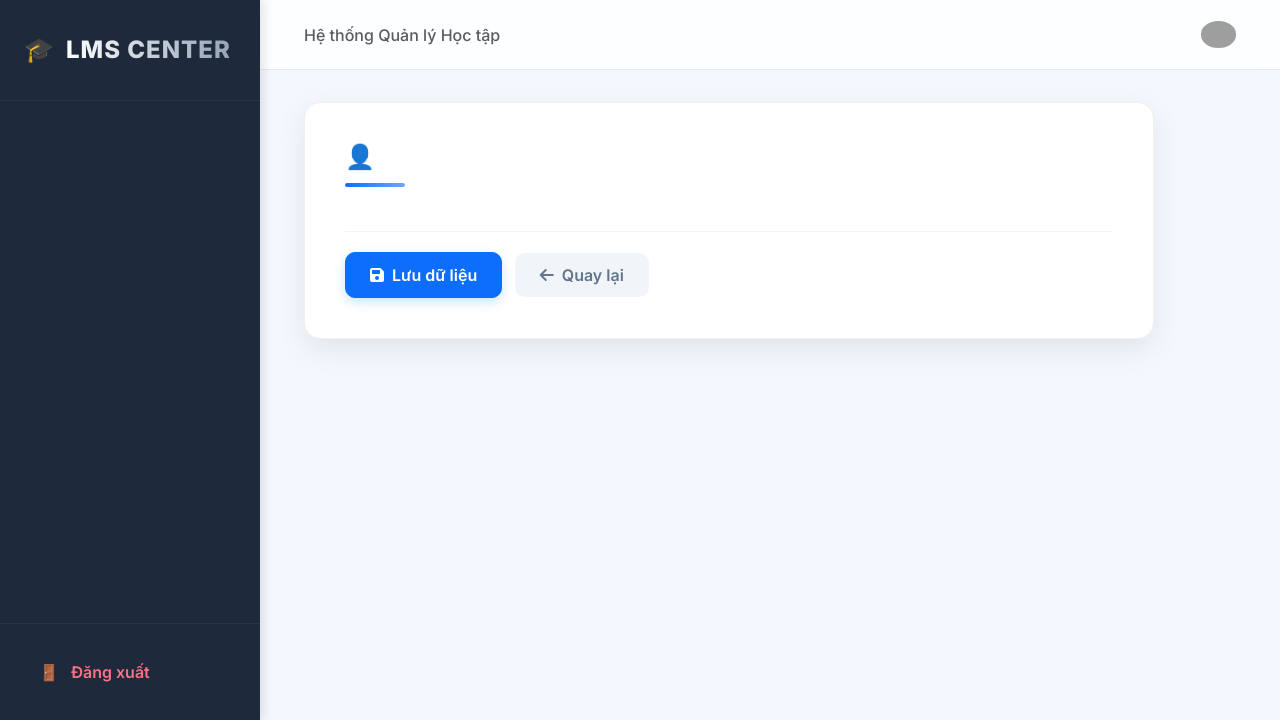
Repository: JiaHui2005/LMS_Django
Page: templates/manager/user_form.html
The author's editor kept a copy of each file at every save. The page is drawn from the files as they stood at one save, then again after the next save.
The browser window is 1280 px wide. The pictures show the whole page.
Pictures or frames that could not be fetched are drawn as grey boxes. The page is served by the project's application, run on Django 5.2 (manage.py). Other server files are loaded and not shown. The template is opened directly, without the code that normally fills it, so the values that code supplies are empty.

Above is the page before, as saved 2026-01-16 19:25:50.

### common/templatetags/dict_extras.py
from django import template

register = template.Library()

@register.filter
def get_item(dictionary, key):
    return dictionary.get(key, [])

### templates/manager/user_form.html
{% extends 'base.html' %}
{% block title %}Quản lý người dùng{% endblock %}

{% block content %}
<style>
    /* Tổng thể container */
    .form-card {
        background: #ffffff;
        padding: 2.5rem;
        border-radius: 16px;
        box-shadow: 0 10px 30px rgba(0, 0, 0, 0.08);
        max-width: 850px;
        {% comment %} margin: 3rem auto; {% endcomment %}
        border: 1px solid #f0f0f0;
    }

    /* Tiêu đề */
    .form-card h4 {
        color: #1a202c;
        font-weight: 800;
        letter-spacing: -0.5px;
        position: relative;
        padding-bottom: 15px;
        margin-bottom: 25px;
    }

    .form-card h4::after {
        content: "";
        position: absolute;
        left: 0;
        bottom: 0;
        height: 4px;
        width: 60px;
        background: linear-gradient(90deg, #0d6efd, #6ea8fe);
        border-radius: 2px;
    }

    /* Label và Input */
    .form-label {
        font-weight: 600;
        color: #4a5568;
        font-size: 0.95rem;
        margin-bottom: 8px;
    }

    /* Style cho các field do Django render */
    .form-control, select, textarea {
        border: 1.5px solid #e2e8f0 !important;
        border-radius: 10px !important;
        padding: 12px 15px !important;
        transition: all 0.3s ease !important;
        background-color: #f8fafc;
    }

    .form-control:focus {
        background-color: #fff;
        border-color: #0d6efd !important;
        box-shadow: 0 0 0 4px rgba(13, 110, 253, 0.15) !important;
        outline: none;
    }

    /* Nút bấm */
    .btn-custom-group {
        border-top: 1px solid #f1f5f9;
        padding-top: 20px;
        margin-top: 20px;
    }

    .btn {
        padding: 10px 25px;
        border-radius: 10px;
        font-weight: 600;
        transition: all 0.2s;
    }

    .btn-primary {
        box-shadow: 0 4px 12px rgba(13, 110, 253, 0.2);
    }

    .btn-primary:hover {
        transform: translateY(-2px);
        box-shadow: 0 6px 15px rgba(13, 110, 253, 0.3);
    }

    .btn-secondary {
        background-color: #f1f5f9;
        color: #64748b;
        border: none;
    }

    .btn-secondary:hover {
        background-color: #e2e8f0;
        color: #0f172a;
    }

    /* Thông báo lỗi */
    .error-text {
        color: #dc3545;
        font-size: 0.85rem;
        margin-top: 5px;
        display: block;
        font-style: italic;
    }
</style>

<div class="container">
    <div class="form-card">
        <h4 class="mb-4">👤 {{ title }}</h4>

        <form method="post" novalidate>
            {% csrf_token %}

            <div class="row">
                {% for field in form %}
                <div class="col-md-6 mb-4">
                    <label class="form-label" for="{{ field.id_for_label }}">
                        {{ field.label }}
                    </label>

                    {# Thêm class form-control thông qua filter hoặc script bên dưới #}
                    {{ field }}

                    {% if field.errors %}
                        {% for error in field.errors %}
                            <small class="error-text">⚠️ {{ error|striptags }}</small>
                        {% endfor %}
                    {% endif %}

                    {% if field.help_text %}
                        <small class="form-text text-muted d-block mt-1">{{ field.help_text }}</small>
                    {% endif %}
                </div>
                {% endfor %}
            </div>

            <div class="btn-custom-group">
                <button type="submit" class="btn btn-primary px-4 me-2">
                    <i class="fas fa-save me-1"></i> Lưu dữ liệu
                </button>
                <a href="{% url 'user_list' %}" class="btn btn-secondary">
                    <i class="fas fa-arrow-left me-1"></i> Quay lại
                </a>
            </div>
        </form>
    </div>
</div>

<script>
    // Đoạn script này tự động thêm class của Bootstrap vào các input từ Django
    document.querySelectorAll('input, select, textarea').forEach(function(el) {
        if (el.type !== 'checkbox' && el.type !== 'radio') {
            el.classList.add('form-control');
        } else {
            el.classList.add('form-check-input');
        }
    });
</script>
{% endblock %}

### templates/base.html
<!DOCTYPE html>
<html lang="vi">
<head>
    <meta charset="UTF-8">
    <meta name="viewport" content="width=device-width, initial-scale=1.0">
    <title>{% block title %}TLSP{% endblock %}</title>

    <link href="https://fonts.googleapis.com/css2?family=Inter:wght@300;400;500;600;700;800&display=swap" rel="stylesheet">
    <link rel="stylesheet" href="https://cdnjs.cloudflare.com/ajax/libs/font-awesome/6.0.0/css/all.min.css">
    <link href="https://cdn.jsdelivr.net/npm/bootstrap@5.3.2/dist/css/bootstrap.min.css" rel="stylesheet">

    <style>
        :root {
            --sidebar-width: 280px;
            --top-nav-height: 70px;
            --bg-body: #f4f7fe;
            --font-main: 'Inter', sans-serif;
        }

        body {
            font-family: var(--font-main);
            background-color: var(--bg-body);
            margin: 0;
            overflow-x: hidden;
        }

        /* Container tổng quát */
        .app-container {
            display: flex;
            min-height: 100vh;
        }

        /* Sidebar đã được CSS ở bước trước, đảm bảo width khớp */
        .sidebar {
            width: var(--sidebar-width);
            flex-shrink: 0;
        }

        /* Phần Main Content bên phải */
        .main-content {
            flex-grow: 1;
            margin-left: var(--sidebar-width); /* Đẩy nội dung sang phải để không bị sidebar che */
            display: flex;
            flex-direction: column;
            min-width: 0; /* Tránh lỗi vỡ layout với flexbox */
            transition: all 0.3s ease;
        }

        /* Navbar trên cùng */
        .navbar-custom {
            height: var(--top-nav-height);
            background: rgba(255, 255, 255, 0.8);
            backdrop-filter: blur(10px); /* Hiệu ứng kính mờ hiện đại */
            border-bottom: 1px solid #e2e8f0;
            display: flex;
            align-items: center;
            padding: 0 2rem;
            position: sticky;
            top: 0;
            z-index: 999;
        }

        /* Vùng nội dung trang */
        .page-content {
            padding: 2rem;
            flex-grow: 1;
        }

        /* Hiệu ứng mượt mà cho các liên kết */
        a {
            transition: all 0.2s ease;
            text-decoration: none;
        }

        /* Tùy chỉnh thanh cuộn (Scrollbar) */
        ::-webkit-scrollbar {
            width: 6px;
        }
        ::-webkit-scrollbar-track {
            background: #f1f1f1;
        }
        ::-webkit-scrollbar-thumb {
            background: #cbd5e1;
            border-radius: 10px;
        }
        ::-webkit-scrollbar-thumb:hover {
            background: #94a3b8;
        }

        /* Responsive cho thiết bị di động */
        @media (max-width: 992px) {
            .sidebar {
                transform: translateX(-100%);
                position: fixed;
            }
            .main-content {
                margin-left: 0;
            }
            .app-container.show-sidebar .sidebar {
                transform: translateX(0);
            }
        }
    </style>
</head>
<body>

<div class="app-container">
    {% include 'components/sidebar.html' %}

    <div class="main-content">
        <nav class="navbar-custom">
            <div class="container-fluid d-flex justify-content-between align-items-center">
                <span class="text-muted fw-medium">Hệ thống Quản lý Học tập</span>
                <div class="user-profile d-flex align-items-center gap-3">
                    <span class="fw-semibold text-dark">{{ user.username }}</span>
                    <img src="https://ui-avatars.com/api/?name={{ user.username }}&background=0D6EFD&color=fff"
                         alt="avatar" class="rounded-circle" width="35">
                </div>
            </div>
        </nav>

        <div class="page-content">
            {% block content %}{% endblock %}
        </div>
    </div>
</div>

<script src="https://cdn.jsdelivr.net/npm/bootstrap@5.3.2/dist/js/bootstrap.bundle.min.js"></script>
</body>
</html>

### templates/components/sidebar.html
<style>
    :root {
        --sidebar-width: 260px;
        --sidebar-bg: #1e293b; /* Màu xanh đen hiện đại */
        --sidebar-hover: #334155;
        --accent-color: #3b82f6; /* Màu xanh brand */
        --text-gray: #94a3b8;
    }

    /* Sidebar Container */
    .sidebar {
        width: var(--sidebar-width);
        height: 100vh;
        background: var(--sidebar-bg);
        position: fixed;
        left: 0;
        top: 0;
        display: flex;
        flex-direction: column;
        color: white;
        transition: all 0.3s ease;
        z-index: 1000;
        box-shadow: 4px 0 10px rgba(0,0,0,0.1);
    }

    /* Logo Area */
    .sidebar-logo {
        padding: 2rem 1.5rem;
        font-size: 1.5rem;
        font-weight: 800;
        display: flex;
        align-items: center;
        gap: 12px;
        border-bottom: 1px solid rgba(255,255,255,0.05);
    }

    .sidebar-logo span {
        letter-spacing: 1px;
        background: linear-gradient(90deg, #fff, var(--text-gray));
        -webkit-background-clip: text;
        -webkit-text-fill-color: transparent;
    }

    /* Menu List */
    .sidebar-menu {
        list-style: none;
        padding: 1.5rem 0.75rem;
        margin: 0;
        flex-grow: 1;
        overflow-y: auto;
    }

    .sidebar-menu li {
        margin-bottom: 5px;
    }

    .sidebar-menu a {
        display: flex;
        align-items: center;
        gap: 12px;
        padding: 12px 15px;
        color: var(--text-gray);
        text-decoration: none;
        border-radius: 10px;
        font-weight: 500;
        transition: all 0.2s ease;
    }

    .sidebar-menu a:hover {
        background: var(--sidebar-hover);
        color: white;
    }

    /* Active State */
    .sidebar-menu a.active {
        background: var(--accent-color);
        color: white;
        box-shadow: 0 4px 12px rgba(59, 130, 246, 0.3);
    }

    .sidebar-menu a span {
        font-size: 0.95rem;
    }

    /* Footer / Logout */
    .sidebar-footer {
        padding: 1.5rem;
        border-top: 1px solid rgba(255,255,255,0.05);
    }

    .logout {
        display: flex;
        align-items: center;
        gap: 12px;
        padding: 12px 15px;
        color: #fb7185; /* Màu đỏ nhạt cho đăng xuất */
        text-decoration: none;
        border-radius: 10px;
        font-weight: 600;
        transition: background 0.2s;
    }

    .logout:hover {
        background: rgba(251, 113, 133, 0.1);
    }

    /* Điều chỉnh phần nội dung chính (Main content) */
    .main-wrapper {
        margin-left: var(--sidebar-width);
        padding: 2rem;
        background: #f8fafc;
        min-height: 100vh;
    }
</style>

<aside class="sidebar">
    <div class="sidebar-logo">
        🎓 <span>LMS CENTER</span>
    </div>

    <ul class="sidebar-menu">
        {% if user.role == 'manager' %}
            <li>
                <a href="{% url 'manager_dashboard' %}" class="{% if 'manager' in request.path %}active{% endif %}">
                    📊 <span>Dashboard</span>
                </a>
            </li>
            <li>
                <a href="{% url 'user_list' %}" class="{% if 'user' in request.path %}active{% endif %}">
                    👥 <span>Người dùng</span>
                </a>
            </li>
        {% endif %}

        {% if user.role == 'lecturer' %}
            <li>
                <a href="{% url 'lecturer_dashboard' %}" class="{% if 'lecturer' in request.path %}active{% endif %}">
                    👨‍🏫 <span>Giảng viên</span>
                </a>
            </li>
        {% endif %}

        {% if user.role == 'student' %}
            <li>
                <a href="{% url 'student_dashboard' %}" class="{% if 'student' in request.path %}active{% endif %}">
                    🎓 <span>Sinh viên</span>
                </a>
            </li>
        {% endif %}

        {% if user.role == 'coordinator' %}
            <li>
                <a href="{% url 'coordinator_dashboard' %}" class="{% if 'coordinator' in request.path %}active{% endif %}">
                    🧭 <span>Điều phối</span>
                </a>
            </li>
        {% endif %}
    </ul>

    <div class="sidebar-footer">
        <a href="{% url 'logout' %}" class="logout">
            🚪 <span>Đăng xuất</span>
        </a>
    </div>
</aside>

### config/urls.py
from django.contrib import admin
from django.shortcuts import redirect
from django.urls import path
from apps.accounts import views as account_views
from apps.classes.views import lecturer_classes
from apps.academics.views import take_attendance, enter_grade

def root_redirect(request):
    return redirect('/login/')

urlpatterns = [
    path('', root_redirect),
    path('admin/', admin.site.urls),

    # Auth
    path('login/', account_views.login_view, name='login'),
    path('logout/', account_views.logout_view, name='logout'),

    # Lecturer
    path('classes/lecturer/', lecturer_classes, name='lecturer_classes'),
    path('attendance/<int:class_id>/', take_attendance, name='attendance'),
    path('grade/<int:class_id>/', enter_grade, name='grade'),

    # Dashboard
    path('dashboard/manager/', account_views.manager_dashboard, name='manager_dashboard'),
    path('dashboard/student/', account_views.student_dashboard, name='student_dashboard'),
    path('dashboard/lecturer/', account_views.lecturer_dashboard, name='lecturer_dashboard'),
    path('dashboard/cs/', account_views.cs_dashboard, name='cs_dashboard'),
    path('dashboard/coordinator/', account_views.coordinator_dashboard, name='coordinator_dashboard'),

    # CRUD User
    path('manager/users/', account_views.user_list, name='user_list'),
    path('manager/users/create/', account_views.user_create, name='user_create'),
    path('manager/users/<int:user_id>/edit/', account_views.user_edit, name='user_edit'),
    path('manager/users/<int:user_id>/delete/', account_views.user_delete, name='user_delete'),
]

After the next save:
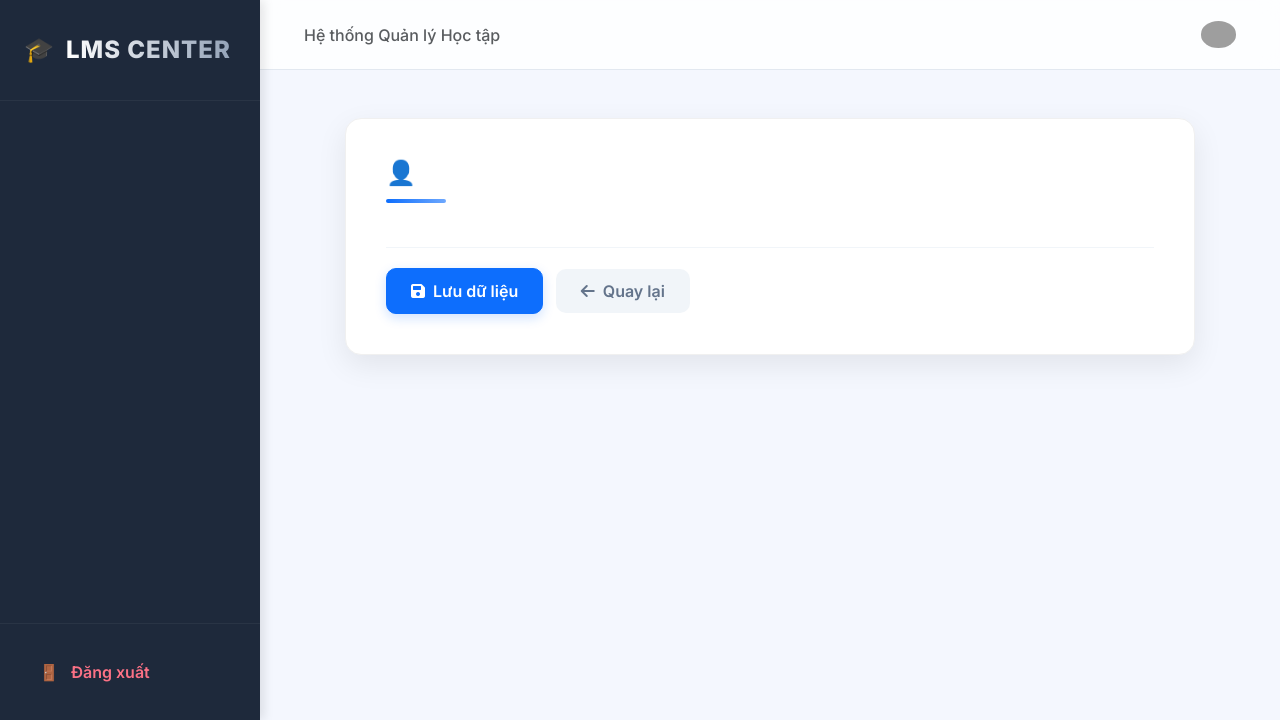
Saved 10 s later.
--- a/templates/manager/user_form.html
+++ b/templates/manager/user_form.html
@@ -10,7 +10,7 @@
         border-radius: 16px;
         box-shadow: 0 10px 30px rgba(0, 0, 0, 0.08);
         max-width: 850px;
-        {% comment %} margin: 3rem auto; {% endcomment %}
+        margin: 1rem auto;
         border: 1px solid #f0f0f0;
     }
 
